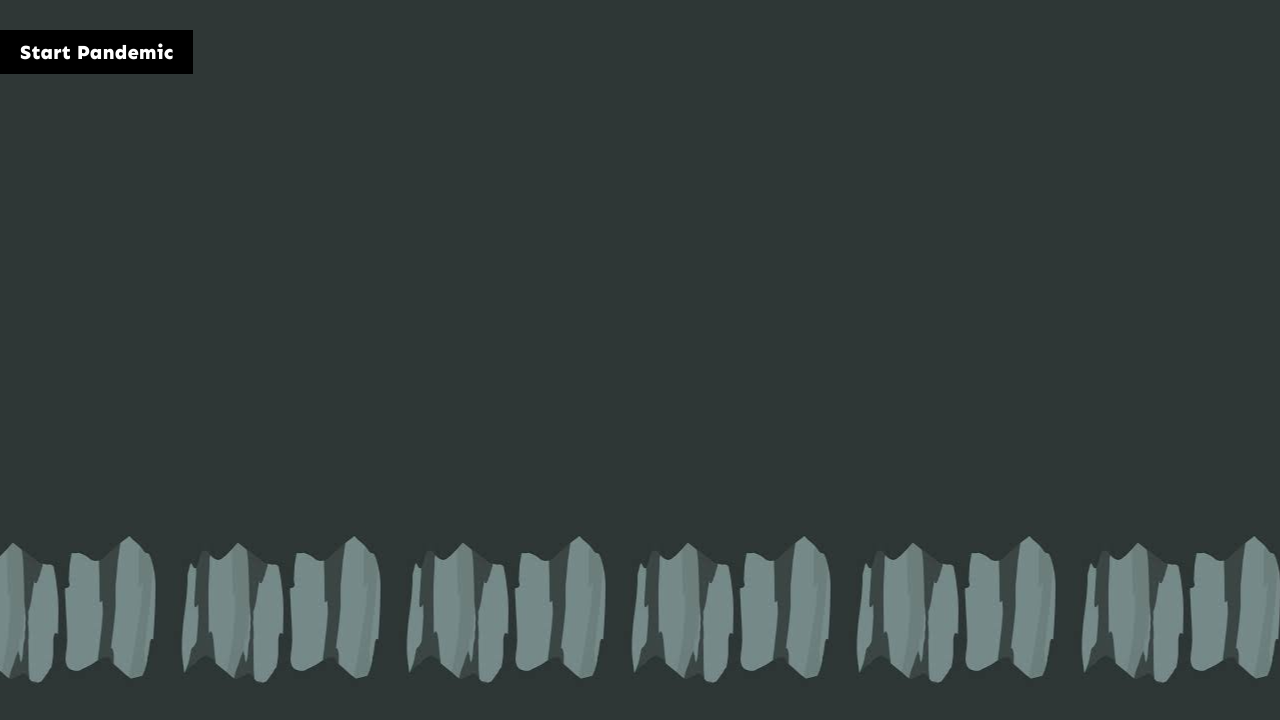
Repository: mindfoo/project-game
Page: index.html
These files come from the project's save history. The page is drawn as it stood at one moment and after the next save; the edit follows.
The browser window is 1280 px wide. The pictures show the whole page.

Above is the page before, as saved 2020-03-25 20:43:11.

After the next save:
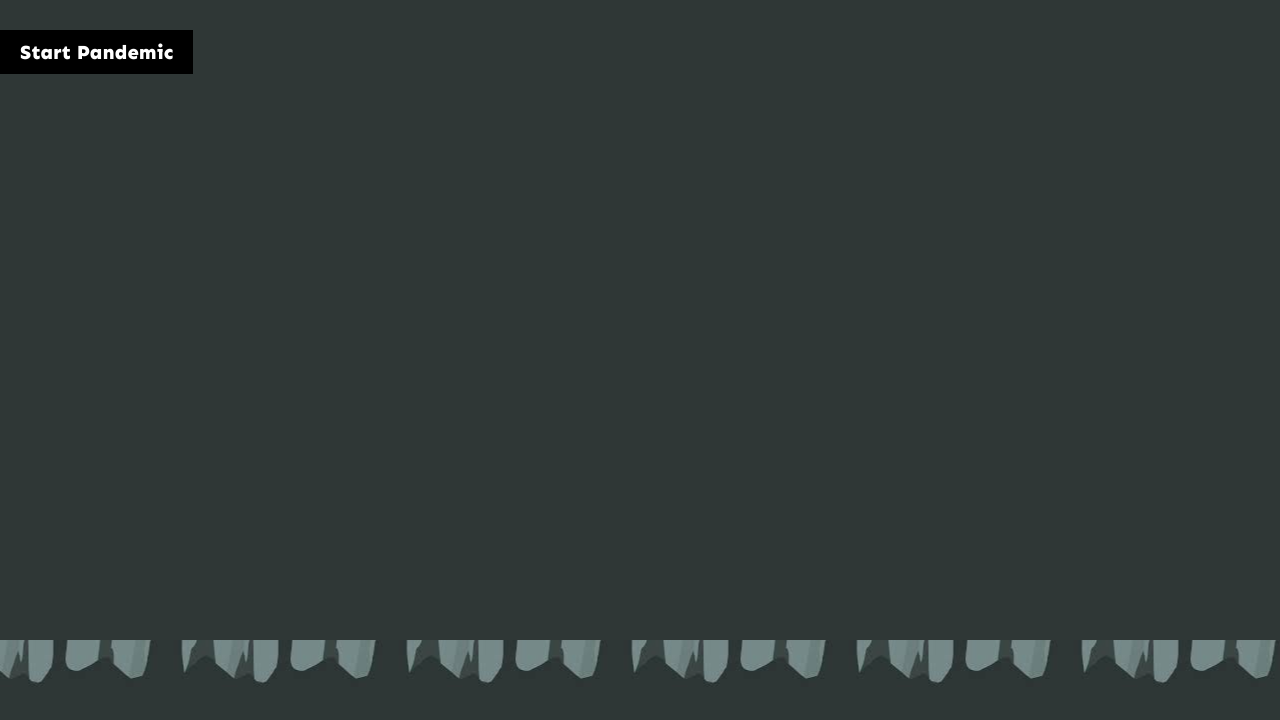
Saved 51 s later.
--- a/styles/style.css
+++ b/styles/style.css
@@ -14,6 +14,7 @@ canvas{
   z-index: 1;
   background: #2f3736;
   z-index: 1;
+  width: 100vw;
 }
 
 body > * {
